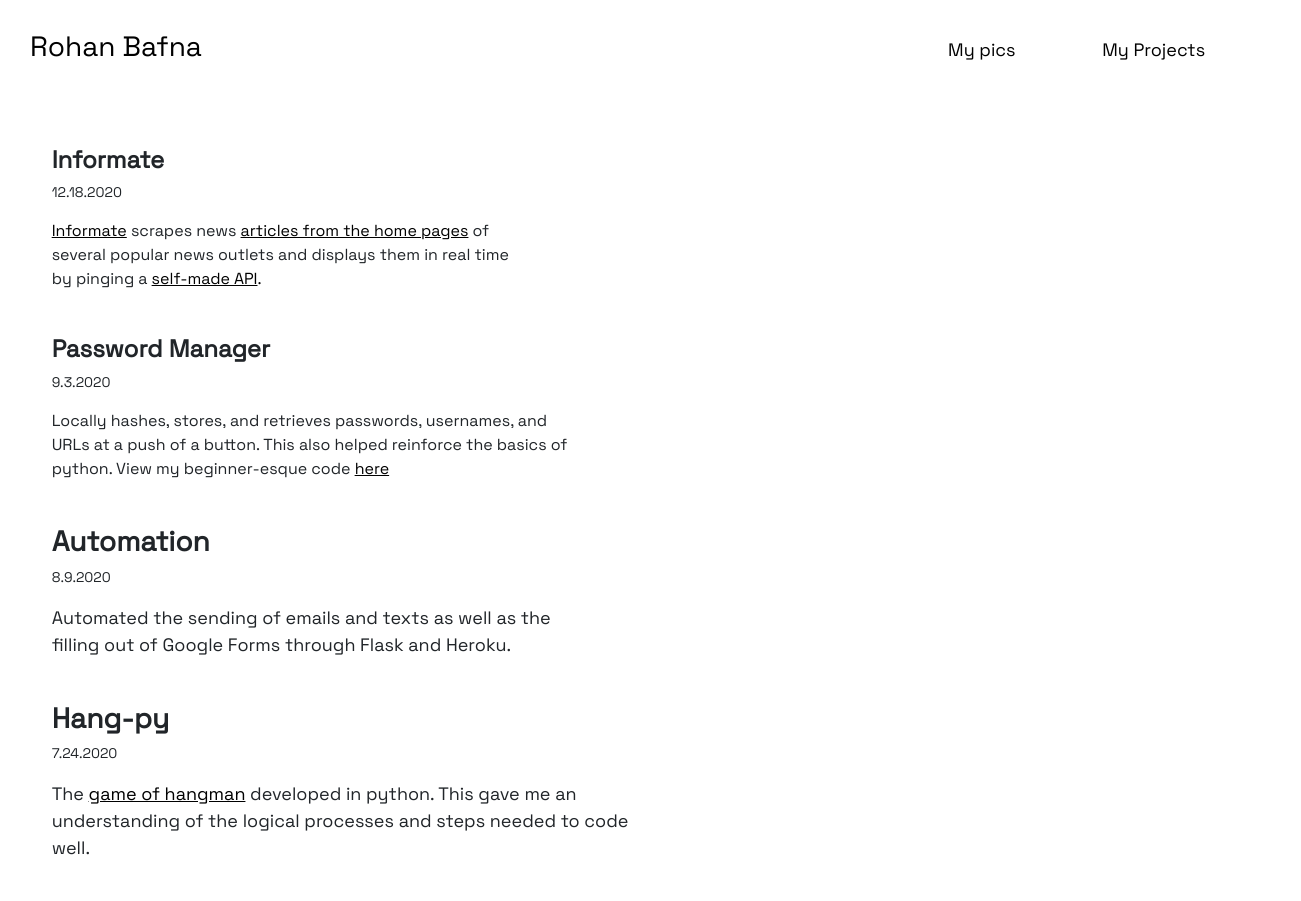
Repository: rbafna6507/rbafna6507.github.io
Page: actualprojects.html
An editor plug-in stored every save of this project. The page is shown before and after the next save, followed by the edit.
The browser window is 1280 px wide. The page is 1301 px wide, so the pictures cover 1301 px, including what lies to the right of the window. The pictures show the whole page.

Above is the page before, as saved 2020-12-20 21:24:48.

### actualprojects.html
<!DOCTYPE HTML>
<html>
<head>
    <link rel="shortcut icon" type="image/png" href="circular actual atom logo.png"/>
    <title>my projects</title>
    <link href= "projects.css" type= "text/css" rel= "stylesheet">
    <link rel="preconnect" href="https://fonts.gstatic.com">
    <script src="https://cdn.jsdelivr.net/npm/bootstrap@5.0.0-beta1/dist/js/bootstrap.bundle.min.js" integrity="sha384-ygbV9kiqUc6oa4msXn9868pTtWMgiQaeYH7/t7LECLbyPA2x65Kgf80OJFdroafW" crossorigin="anonymous"></script>
    <link href="https://cdn.jsdelivr.net/npm/bootstrap@5.0.0-beta1/dist/css/bootstrap.min.css" rel="stylesheet" integrity="sha384-giJF6kkoqNQ00vy+HMDP7azOuL0xtbfIcaT9wjKHr8RbDVddVHyTfAAsrekwKmP1" crossorigin="anonymous">
<link href="https://fonts.googleapis.com/css2?family=Space+Grotesk:wght@300;400&display=swap" rel="stylesheet">
</head>
<body>
    <div id= "navbar">
        <header class= "header">
            <div id="hi">
              <a href= "index.html"><h3>Rohan Bafna</h3></a>
            </div>
            <div class= "leftsidelist">
                <ul>
                    <a href= "pics.html"><li class= "about">My pics</li></a>
                    <a href= "actualprojects.html"><li class= "projects">My Projects</li></a>
                </ul>
            </div>
        </header>
    </div>
    <div class="row justify-content-around">
        <div class="col-4">
            <div id = "informate" class = "small" onmouseover="document.getElementById('informate_img').style.visibility = 'visible';" onmouseout = "document.getElementById('informate_img').style.visibility = 'hidden';">
                <h4><b>Informate</b></h4>
                <p>12.18.2020</p>
                <p style="font-size: 16px;"><a href = "https://newsaggregator-frontend.vercel.app"><u>Informate</u></a> scrapes news <a href = "https://github.com/rbafna6507/newsaggregator_scraper"><u>articles from the home pages</u></a> of <br>several popular news outlets and displays them in real time <br>by pinging a <a href = "https://github.com/rbafna6507/newsaggregator_backend"><u>self-made API</u>.</a></p>
            </div>
            <br><br>
            <div id = "password" class = "small" onmouseover="document.getElementById('password_img').style.visibility = 'visible';" onmouseout = "document.getElementById('password_img').style.visibility = 'hidden';">
                <h4><b>Password Manager</b></h4>
                <p>9.3.2020</p>
                <p style="font-size: 16px;">Locally hashes, stores, and retrieves passwords, usernames, and <br>URLs at a push of a button. This also helped reinforce the basics of<br>python. View my beginner-esque code <a href = "https://github.com/rbafna6507/passwordstorageproject"><u>here</u></a></p>
            </div>
            <br><br>
            <div id = "automation" class = "small">
                <h3><strong>Automation</strong></h3>
                <p>8.9.2020</p>
                <p style="font-size: 18px;">Automated the sending of emails and texts as well as the <br>filling out of Google Forms through Flask and Heroku.</p>
            </div>
            <br><br>
            <div id = "hangman" class = "small" onmouseover="document.getElementById('hangman_img').style.visibility = 'visible';" onmouseout = "document.getElementById('hangman_img').style.visibility = 'hidden';">
                <h3><strong>Hang-py</strong></h3>
                <p>7.24.2020</p>
                <p style="font-size: 18px;">The <a href = "https://github.com/rbafna6507/hangmanpython"><u>game of hangman</u></a> developed in python. This gave me an <br>understanding of the logical processes and steps needed to code <br>well.</p>
            </div>
            <br><br>
        </div>
        <div class="col-4">
            <img id = "informate_img" class = "imgs" src = "informate_pic.png">
            <img id = "hangman_img" class = "imgs" src = "hangman_pic.png">
            <img id = "password_img" class = "imgs" src = "password_pic.png">
        </div>
      </div>
</body>
</html>

### projects.css
* {box-sizing:border-box}

* {font-family: 'Space Grotesk', sans-serif;}

body{
  max-height:1000px;
  max-width:1400px
}

div{
  display: inline-block;
}

li{
  display: inline;
  list-style-type: none;
  text-align: left;
  padding-left: 30px;
  font-size: 18px;
  font-weight: 36px;
  width: 150px;
  display: inline-block;
  position: relative;
}

ul{
  display: inline;
  padding: 0;
  text-align: center;
  position: relative;
}

.header {
  font-family: 'Space Grotesk', sans-serif;
  position: relative;
  left: 10px;
  top: 30px;
}

.leftsidelist {
  position: relative;
  margin-left: 680px;
}

#logo {
    display: inline-block;
    width: 40px;
    height: 40px;
    position: relative;
    top: 70px;
    bottom: 400px;
  }

  h3 {
    display: flex;
    align-items: center;
    justify-content: space-between;
}
  #navbar {
    position: relative;
    left: 20px;
  }

  a:link {
    text-decoration: none;
    color: black;
  }

  a:visited {
    text-decoration: none;
    color: black;
  }

  a:hover {
    color: #ce321e!important;
  }

  a:active {
    color: #ce321e!important;
  }

  .col-4 {
    position: relative;
    margin-right:200px;
    top: 100px;
  }

  img{
    width: 620px;
    height: 500px;
  }

  .small{
    padding-left: 3px;
    padding-top:4px;
    margin-left: 40px;
    width: 650px;
  }

  .imgs{
    margin-top: 55px;
    margin-left: 20px;
  }

  #informate_img{
    visibility: hidden;

  }

  #hangman_img{
    margin-top: -520px;
    visibility: hidden;
  }

  #password_img{
    margin-top: -520px;
    visibility: hidden;
  }

  /* body:not(.mobile) #informate:hover, #informate_img {
    visibility: visible;
  }
  body:not(.mobile) #hangman:hover, #hangman_img {
    visibility: visible;
}

  body:not(.mobile) #password:hover, #password_img {
    visibility: visible;
} */

  .small{
    background-size: 200% 200%;
    background-image:linear-gradient(to top, #f7a7a73f 50%, transparent 50%);
    -webkit-transition: background-position 300ms, color 300ms ease, border-color 300ms ease;
    -moz-transition: background-position 300ms, color 300ms ease, border-color 300ms ease;
    -ms-transition: background-position 300ms, color 300ms ease, border-color 300ms ease;
    -o-transition: background-position 300ms, color 300ms ease, border-color 300ms ease;
    transition: background-position 300ms, color 300ms ease, border-color 300ms ease;
}

  .small:hover {color: black;
background-image:
linear-gradient(to top, #f7a7a73f 51%, transparent 50%);
background-position: 0 100%;
-webkit-transition: background-position 300ms, color 300ms ease, border-color 300ms ease;
-moz-transition: background-position 300ms, color 300ms ease, border-color 300ms ease;
-ms-transition: background-position 300ms, color 300ms ease, border-color 300ms ease;
-o-transition: background-position 300ms, color 300ms ease, border-color 300ms ease;
transition: background-position 300ms, color 300ms ease, border-color 300ms ease;
}

After the next save:
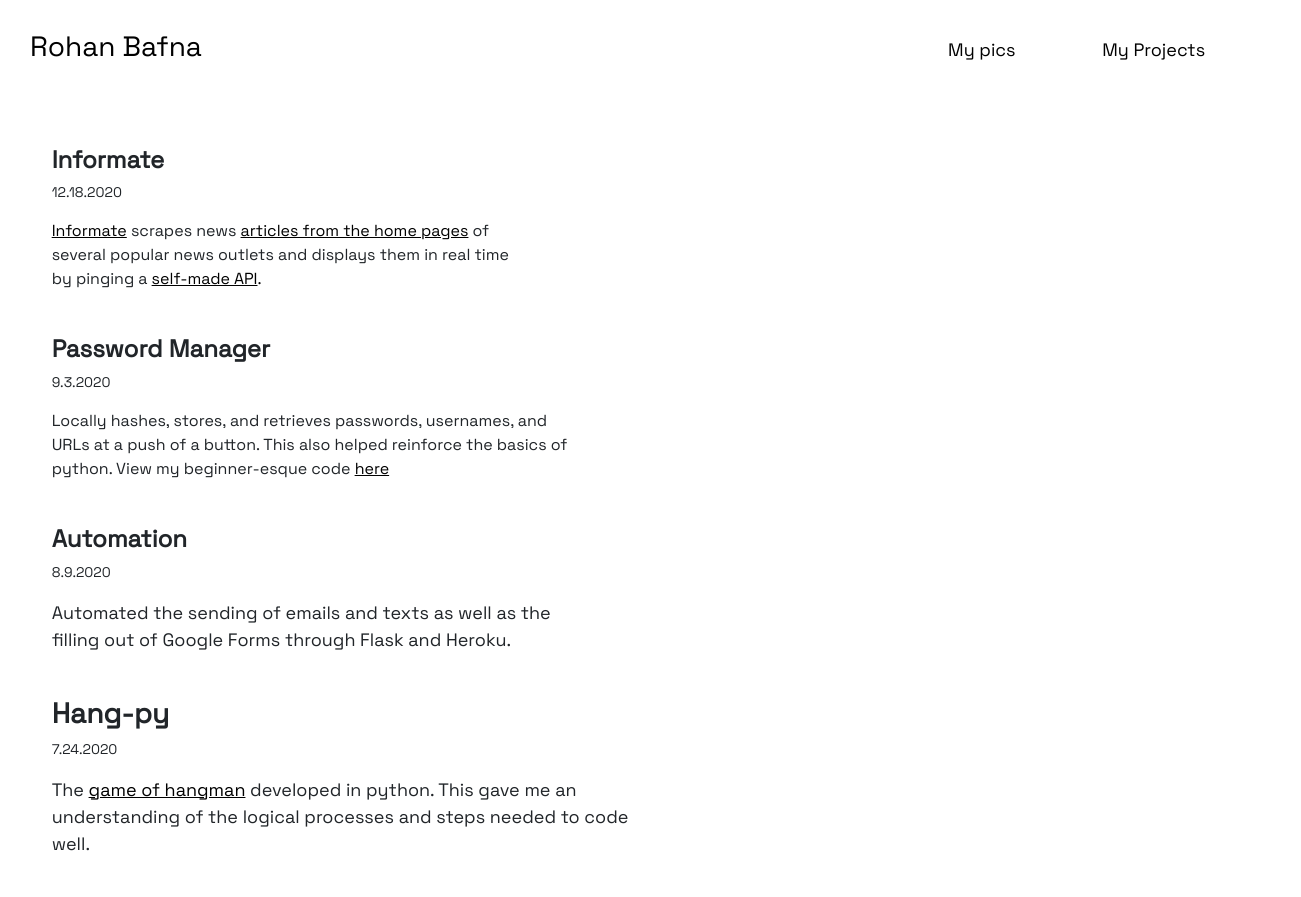
Saved 32 s later.
--- a/actualprojects.html
+++ b/actualprojects.html
@@ -38,7 +38,7 @@
             </div>
             <br><br>
             <div id = "automation" class = "small">
-                <h3><strong>Automation</strong></h3>
+                <h4><b>Automation</b></h4>
                 <p>8.9.2020</p>
                 <p style="font-size: 18px;">Automated the sending of emails and texts as well as the <br>filling out of Google Forms through Flask and Heroku.</p>
             </div>
